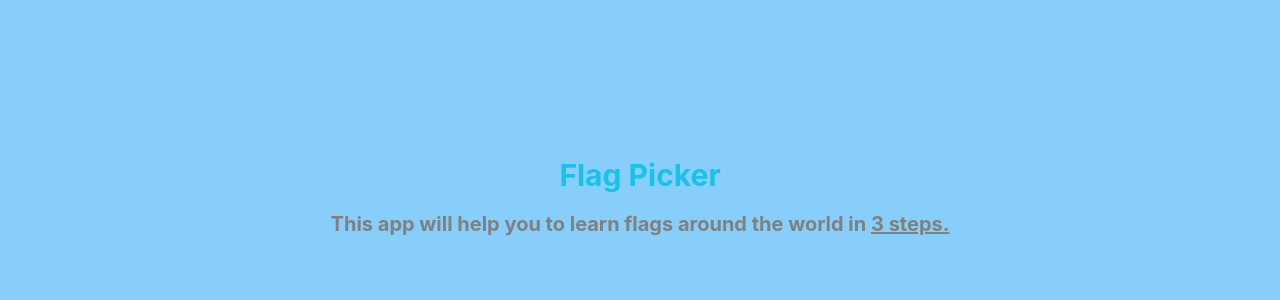
Repository: paras-shah/flag-app
Page: /
An editor plug-in stored every save of this project. The page is shown before and after the next save, followed by the edit.
The browser window is 1280 px wide. The pictures show the whole page.
The project was rebuilt for these pictures with package versions that can differ from the ones it lists, and the page was loaded fresh each time.

Above is the page before, as saved 2020-02-11 21:35:25.

### public/index.html
<!DOCTYPE html>
<html lang="en">
  <head>
    <meta charset="utf-8" />
    <link rel="icon" href="%PUBLIC_URL%/favicon.ico" />
    <meta name="viewport" content="width=device-width, initial-scale=1" />
    <meta name="theme-color" content="#000000" />
    <meta
      name="description"
      content="Web site created using create-react-app"
    />
    <link rel="apple-touch-icon" href="%PUBLIC_URL%/logo192.png" />
    <link href="https://fonts.googleapis.com/css?family=Roboto&display=swap" rel="stylesheet">
    <!--
      manifest.json provides metadata used when your web app is installed on a
      user's mobile device or desktop. See https://developers.google.com/web/fundamentals/web-app-manifest/
    -->
    <link rel="manifest" href="%PUBLIC_URL%/manifest.json" />
    <!--
      Notice the use of %PUBLIC_URL% in the tags above.
      It will be replaced with the URL of the `public` folder during the build.
      Only files inside the `public` folder can be referenced from the HTML.

      Unlike "/favicon.ico" or "favicon.ico", "%PUBLIC_URL%/favicon.ico" will
      work correctly both with client-side routing and a non-root public URL.
      Learn how to configure a non-root public URL by running `npm run build`.
    -->
    <title>Flag App</title>
  </head>
  <body>
    <noscript>You need to enable JavaScript to run this app.</noscript>
    <div id="root"></div>
    <!--
      This HTML file is a template.
      If you open it directly in the browser, you will see an empty page.

      You can add webfonts, meta tags, or analytics to this file.
      The build step will place the bundled scripts into the <body> tag.

      To begin the development, run `npm start` or `yarn start`.
      To create a production bundle, use `npm run build` or `yarn build`.
    -->
  </body>
</html>

### src/index.js
import React from 'react';
import ReactDOM from 'react-dom';

import './style/normalize.css';
import './style/index.css';

import App from './App';

ReactDOM.render(<App />, document.getElementById('root'));

### src/style/index.css

body {
  margin: 0;
  font-family: -apple-system, BlinkMacSystemFont, 'Segoe UI', 'Roboto', 'Oxygen',
    'Ubuntu', 'Cantarell', 'Fira Sans', 'Droid Sans', 'Helvetica Neue',
    sans-serif;
  -webkit-font-smoothing: antialiased;
  -moz-osx-font-smoothing: grayscale;
  background-color: lightskyblue;
}

.app-main{
  margin: 10% auto;
  padding: 10px;
  text-align: center;
}

h1{
  font-size: 30px;
  color: rgb(25, 194, 236);
}

h2{
  font-size: 20px;
  color: grey;
}

h2 span {
  text-decoration: underline;
}

### src/App.js
import React from 'react';

// Components

// Config
import COPY from "./config/copy";
import data from "./config/continents.json";


class App extends React.Component {
  constructor(props) {
    super(props);

    this.state = {
      flagData: null,
      selectedContinent: null,
      selectedCountry: [],
    }
  }

  componentDidMount() {
    this.setState({ flagData: data });
  }


  render() {
    return (
      <main className="app-main">
        <header className="app-header">
          <h1>{COPY.HEADER_TEXT}</h1>
          <h2>{COPY.HEADER_SUBTEXT} <span> {COPY.HEADER_SUBTEXT_TWO} </span></h2>
        </header>

        <div className="app-content">
        </div>
      </main>
    );
  }
}

export default App;

### src/config/copy.js
export default {
    HEADER_TEXT : "Flag Picker",
    HEADER_SUBTEXT : "This app will help you to learn flags around the world in",
    HEADER_SUBTEXT_TWO : "3 steps.",
};

### src/config/continents.json
[
	{
		"continent": "Africa",
		"countries": [
			{
				"name": "Nigeria",
				"flag": "🇳🇬"
			},
			{
				"name": "Ethiopia",
				"flag": "🇪🇹"
			},
			{
				"name": "Egypt",
				"flag": "🇪🇬"
			},
			{
				"name": "DR Congo",
				"flag": "🇨🇩"
			},
			{
				"name": "South Africa",
				"flag": "🇿🇦"
			}
		]
	},
	{
		"continent": "America",
		"countries": [
			{
				"name": "USA",
				"flag": "🇺🇸"
			},
			{
				"name": "Brazil",
				"flag": "🇧🇷"
			},
			{
				"name": "Mexico",
				"flag": "🇲🇽"
			},
			{
				"name": "Colombia",
				"flag": "🇨🇴"
			},
			{
				"name": "Argentina",
				"flag": "🇦🇷"
			}
		]
	},
	{
		"continent": "Asia",
		"countries": [
			{
				"name": "China",
				"flag": "🇨🇳"
			},
			{
				"name": "India",
				"flag": "🇮🇳"
			},
			{
				"name": "Indonesia",
				"flag": "🇮🇩"
			},
			{
				"name": "Pakistan",
				"flag": "🇵🇰"
			},
			{
				"name": "Bangladesh",
				"flag": "🇧🇩"
			}
		]
	},
	{
		"continent": "Europe",
		"countries": [
			{
				"name": "Russia",
				"flag": "🇷🇺"
			},
			{
				"name": "Germany",
				"flag": "🇩🇪"
			},
			{
				"name": "UK",
				"flag": "🇬🇧"
			},
			{
				"name": "France",
				"flag": "🇫🇷"
			},
			{
				"name": "Italy",
				"flag": "🇮🇹"
			}
		]
	},
	{
		"continent": "Oceania",
		"countries": [
			{
				"name": "Australia",
				"flag": "🇦🇺"
			},
			{
				"name": "Papua New Guinea",
				"flag": "🇵🇬"
			},
			{
				"name": "New Zealand",
				"flag": "🇳🇿"
			},
			{
				"name": "Fiji",
				"flag": "🇫🇯"
			},
			{
				"name": "Solomon Islands",
				"flag": "🇸🇧"
			}
		]
	}
]

Loaded but not shown: src/style/normalize.css (library)

After the next save:
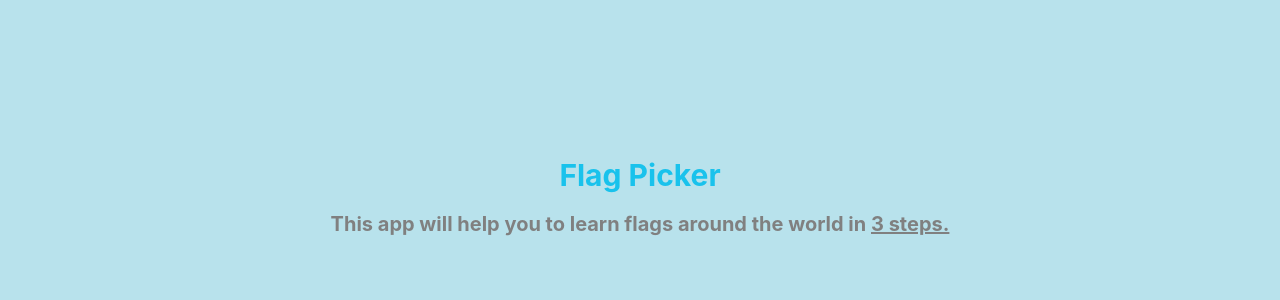
Saved 64 s later.
--- a/src/style/index.css
+++ b/src/style/index.css
@@ -6,7 +6,7 @@ body {
     sans-serif;
   -webkit-font-smoothing: antialiased;
   -moz-osx-font-smoothing: grayscale;
-  background-color: lightskyblue;
+  background-color: rgb(184, 226, 236);
 }
 
 .app-main{
